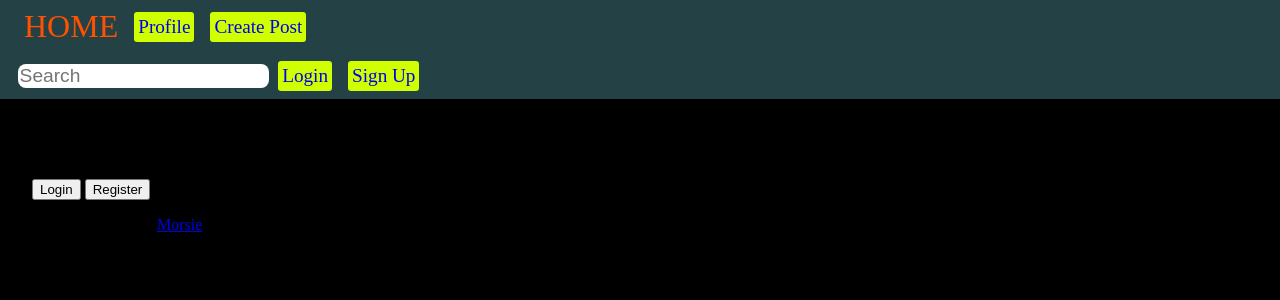
Repository: MorsChen/python-blog
Page: templates/home.html
These files come from the project's save history. The page is drawn as it stood at one moment and after the next save; the edit follows.
The browser window is 1280 px wide. The pictures show the whole page.
The page is served by the project's application, run on Flask 3 (default.py). The template is opened directly, without the code that normally fills it, so the values that code supplies are empty.

Above is the page before, as saved 2019-09-09 17:03:34.

### templates/home.html
{% extends 'index.html' %}

{% block content %}
<h1 style="text-align:center"> Hello world </h1>

{% if not current_user.is_authenticated %}
{% for post in posts %}
<li> {{post.title}} || {{post.body}} || {{post.users.username}} || {{post.created}} || {{post.updated}}
</li>

{%endfor%}
<button type="button" onclick="window.location.href=`{{url_for('login')}}`"> Login</button>
<button type="button" onclick="window.location.href=`{{url_for('register')}}`"> Register</button>
{% else %}
<h3>{{current_user.username}}</h3>
{% for post in posts %}
<li> <a href="{{url_for('single_post', id = post.id)}}">{{post.title}}</a> || {{post.body}} || {{post.users.username}} || {{post.created}} || {{post.updated}}
    <button type='button' onclick = "window.location.href=`{{url_for('editpost', id = post.id)}}`">Edit Post</button>
    <button type='button' onclick = "window.location.href=`{{url_for('new_comment', id = post.id)}}`">Comment</button>
</li>
{%endfor%}
<button type="button" onclick="window.location.href=`{{url_for('newpost')}}`"> Create New Post</button>
<button type="button" onclick="window.location.href=`{{url_for('profile')}}`"> Profile</button>
<button type="button" onclick="window.location.href=`{{url_for('logout')}}`"> Log Out</button>
{% endif %}
{% endblock %}

### templates/index.html
<!doctype html>
<html id="  ">
  <head>
    {% block head %}
    <link rel="stylesheet" href="{{ url_for('static', filename='style.css') }}">
    <title>{% block title %}{% endblock %} - My Blog Webpage</title>
    {% endblock %}
  </head>
  <body>
      <nav class="NavBar">
        <div class="nav-box-content">
            <div class="nav-box1">
                <a class="a-nav" href="{{url_for('main')}}">HOME</a>
                <a class="btn" href="{{url_for('profile')}}">Profile</a>
                <a class="btn" href="{{url_for('newpost')}}">Create Post</a>
            </div>
            <div class="nav-box2">
                <input class="ip-nav" placeholder="Search" >
                <a class="btn" href="{{url_for('login')}}">Login</a>
                <a class="btn" href="{{url_for('register')}}">Sign Up</a>

            </div>
        </div>
      </nav>

      <div id="content">
          {% with messages = get_flashed_messages(with_categories=true) %}
          <!-- Categories: success (green), info (blue), warning (yellow), danger (red) -->
          {% if messages %}
            {% for category, message in messages %}
              <div class="alert alert-{{ category }} alert-dismissible" role="alert">
              <button type="button" class="close" data-dismiss="alert" aria-label="Close"><span aria-hidden="true">&times;</span></button>
              <!-- <strong>Title</strong> --> {{ message }}
              </div>
            {% endfor %}
          {% endif %}
        {% endwith %}

    <div id="content">{% block content %}{% endblock %}</div>
    <div id="footer">
      {% block footer %}
      &copy; Copyright 2010 by <a href="http://domain.invalid/">Morsie</a>.
      {% endblock %}
    </div>
  </body>
</html>

### default.py
import os
from flask import Flask, request, render_template, redirect, url_for, flash
from flask_migrate import Migrate
from flask_sqlalchemy import SQLAlchemy
from werkzeug.security import generate_password_hash, check_password_hash
from datetime import datetime
from flask_wtf import FlaskForm
from wtforms import StringField, SubmitField, PasswordField
from wtforms.validators import DataRequired, Email, EqualTo, ValidationError, Length
from flask_login import LoginManager, UserMixin, login_user, logout_user, current_user, login_required

#setting
app = Flask(__name__)
db = SQLAlchemy(app)
app.config['SECRET_KEY']="SUPERSECRET"

migrate = Migrate(app,db)

login_manager = LoginManager(app)
login_manager.init_app(app)
login_manager.login_view = 'login'


#setting connection
POSTGRES = {
    'user': "khoa",
    'pw': "zzz",
    'db': 'bloghehe',
    'host': "localhost",
    'port': 5432,
}
app.config['SQLALCHEMY_DATABASE_URI'] = 'postgresql://%(user)s:%(pw)s@%(host)s:\
%(port)s/%(db)s' % POSTGRES







#define models

class Users(UserMixin, db.Model):
  id = db.Column(db.Integer, primary_key=True)
  username = db.Column(db.String, nullable=False, unique=True)
  email = db.Column(db.String, nullable=False, unique=True)
  password = db.Column(db.String, nullable=False)
  posts = db.relationship("Posts", backref="users", lazy="dynamic")
  comments = db.relationship("Comments", backref="users", lazy="dynamic")

  def set_pass(self,passw):
    self.password =  generate_password_hash(passw)
  def check_pass(self,passw):
    return check_password_hash(self.password,passw)

class Posts(db.Model):
  id = db.Column(db.Integer, primary_key=True)
  title = db.Column(db.String, nullable=False)
  body = db.Column(db.String, nullable=False)
  created = db.Column(db.DateTime, nullable=False)
  updated = db.Column(db.DateTime)
  author =  db.Column(db.Integer, db.ForeignKey('users.id'), nullable=False)
  comments = db.relationship('Comments', backref="posts", lazy="dynamic")

class Comments(db.Model):
  id = db.Column(db.Integer, primary_key=True)
  body = db.Column(db.String, nullable=False)
  created = db.Column(db.DateTime, nullable=False)
  updated = db.Column(db.DateTime)
  author =  db.Column(db.Integer, db.ForeignKey('users.id'), nullable=False)
  post = db.Column(db.Integer, db.ForeignKey('posts.id'), nullable=False)

db.create_all()


@login_manager.user_loader
def load_user(user_id):
    return Users.query.get(user_id)



#define forms
class Register(FlaskForm):
  username = StringField("User Name", validators=[DataRequired("Please input your username"), Length(min=3, max=20, message="username must have at least 3 char and max 20 chars")])
  email = StringField("Email address", validators=[DataRequired(), Email("Please input an appropriate email address")])
  password = StringField("Password", validators=[DataRequired(), EqualTo("confirm")])
  confirm = StringField("Password", validators=[DataRequired()])
  submit = SubmitField("Register")

  def validate_username(self, field):
        if Users.query.filter_by(username=field.data).first() :
            raise ValidationError("Your username has been registered!!")
  def validate_email(self, field):
        if Users.query.filter_by(email=field.data).first() :
            raise ValidationError("Your email has been registered!!")


class Login(FlaskForm):
  email = StringField("Email address", validators=[DataRequired(), Email("Please input an appropriate email address")])
  password = PasswordField("Password", validators=[DataRequired()])
  submit = SubmitField("Login")

class NewPost(FlaskForm):
  title = StringField("Blog Title", validators=[DataRequired(), Length(min=3,max=255, message="min 3, max 255")])
  body = StringField("Content", validators=[DataRequired(), Length(min=3,max=10000, message="min 3, max 10000")])
  submit = SubmitField("Post")

class New_comment(FlaskForm):
  body = StringField("Comment content", validators=[DataRequired(), Length(min=3, max=1000, message="min 3, max 1000")])
  submit = SubmitField("Comment")

@app.route('/register', methods=['post','get'])
def register():
  form = Register()

  if request.method=="POST":
    if form.validate_on_submit():
      new_user = Users(username = form.username.data,
                        email = form.email.data,
                        )
      new_user.set_pass(form.password.data)
      db.session.add(new_user)
      db.session.commit()
      return redirect(url_for("home"))
    else:
      for field_name, errors in form.errors.items():
          flash(errors)
      return redirect((url_for('register')))
  return render_template('register.html', form = form)

@app.route('/login', methods=['post','get'])
def login():
  form = Login()
  if request.method == 'POST':
    check = Users.query.filter_by(email=form.email.data).first()
    if check :
      if check.check_pass(form.password.data):
        login_user(check)
        return redirect(url_for("home"))
    else:
      flash(["email address not exist"])
      return redirect(url_for('register'))
  return render_template('login.html', form = form)

@app.route('/logout')
@login_required
def logout():
  logout_user()
  return redirect(url_for('login'))

@app.route('/')
def home():
  posts = Posts.query.all()
  return render_template('index.html', posts = posts)


@app.route('/newpost', methods=['post', 'get'])
@login_required
def newpost():
  form = NewPost()
  if request.method == 'POST':
    new_post = Posts(title=form.title.data,
                    body=form.body.data,
                    created = datetime.now())
    current_user.posts.append(new_post)
    db.session.add(new_post)
    db.session.commit()
    return "ok"
  return render_template('newpost.html', form=form)

@app.route('/editpost/<id>', methods=['post','get'])
@login_required
def edit_post(id):
  form = NewPost()
  post = Posts.query.filter_by(id=id, author = current_user.id).first()
  if not post:
    flash([["you are not allowed to edit this post"]])
    return redirect(url_for("home"))
  else:
    if request.method == 'POST':
      post.title = form.title.data
      post.body = form.body.data
      post.updated = datetime.now()
      db.session.commit()
      return "ok"
      # return redirect(url_for('post'))
  return render_template('editpost.html', form = form )

@app.route('/delete_post/<id>', methods=['get'])
@login_required
def delete_post(id):
  post = Posts.query.filter_by(id=id, author=current_user.id).first()
  if post:
    db.session.delete(post)
    db.session.commit()
  else:
    flash(['You are not allowed to delete this post'])
  return redirect(url_for('home'))

@app.route('/single_post/<id>', methods=['get'])
def single_post(id):
  post = Posts.query.filter_by(id=id).first()  # 1 item
  comments = post.comments.all()  # a list
  return render_template('single_post.html', post = post, comments = comments)


@app.route('/posts/<id>/comments', methods=['POST','GET'])
def new_comment(id):
  form = New_comment()
  if request.method == 'POST':
    if form.validate_on_submit():
      post = Posts.query.filter_by(id=id).first()
      c = Comments(body=form.body.data,
                    created = datetime.now(),
                    # author = current_user.id,
                    )
      current_user.comments.append(c) # autho
      post.comments.append(c)      # post
      db.session.add(c)
      db.session.commit()
      return redirect(url_for('single_post', id=id))
    else:
      for field_name, errors in form.errors.items():
          flash(errors)
      return redirect((url_for('new_comment')))
  return render_template('new_comment.html', form = form)



@app.route('/khoa', methods=['get','options',"DELETE"])
def khoa():
  if request.method == "DELETE":
    return "KHOA IS COOL"
  return "NOPE"


if __name__ == "__main__":
  app.run(debug=True, port=5001)

### static/style.css
body{
    background-color: black;
    margin: 0;
}

.NavBar {
    display: flex;
    position: sticky;
    /* margin: 0.5rem; */
    justify-content: space-between;
    top: 0;
    padding: 0 1rem 0 1rem;
    text-align: center;
    align-items: center;
    align-content: center;
    background-color: rgba(70, 128, 136, 0.514);
    /* opacity: 0.5; */
    font-size: 3rem;
}

.nav-box1 {
    display: flex;
    text-align: center;
    align-items: center;
    align-content: center;
}

.nav-box2 {
    display: flex;
    text-align: center;
    align-items: center;
    align-content: center;
}

.a-nav {
    text-decoration: none;
    font-size: 2rem;
    color: rgb(255, 81, 0);
    margin: 0.5rem;
}

.ip-nav{
    border: none;
    font-size: 1.2rem;
    border-radius: 0.5rem;
    text-justify: center;
    margin: 0.1rem;
    padding:0,1rem;
    text-align: left;
}

.btn {
    border: none;
    text-decoration: none;
    border-radius: 0.2rem;
    background-color: rgb(208, 255, 0);
    text-align: center;
    text-justify: center;
    padding: 0.25rem;
    margin: 0.5rem;
    font-size: 1.2rem;
}

#content {
    margin: 1rem;
}

After the next save:
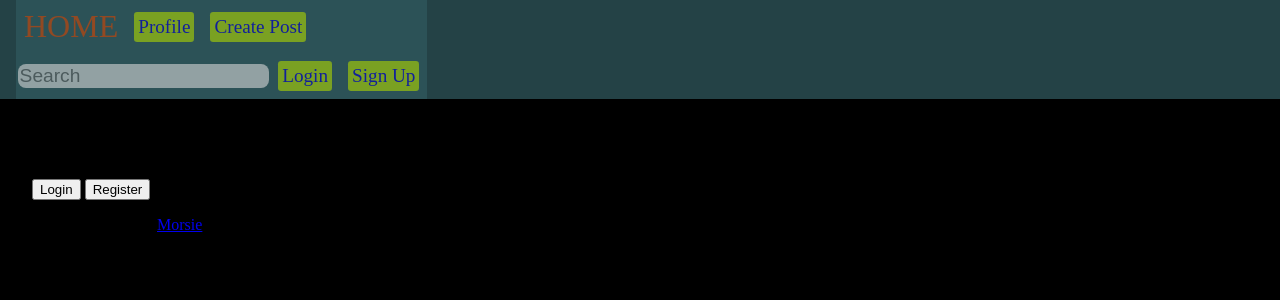
Saved 21 s later.
--- a/static/style.css
+++ b/static/style.css
@@ -16,6 +16,11 @@ body{
     background-color: rgba(70, 128, 136, 0.514);
     /* opacity: 0.5; */
     font-size: 3rem;
+}
+
+.nav-box-content{
+    background-color: rgba(70, 128, 136, 0.514);
+    opacity: 0.5;
 }
 
 .nav-box1 {
